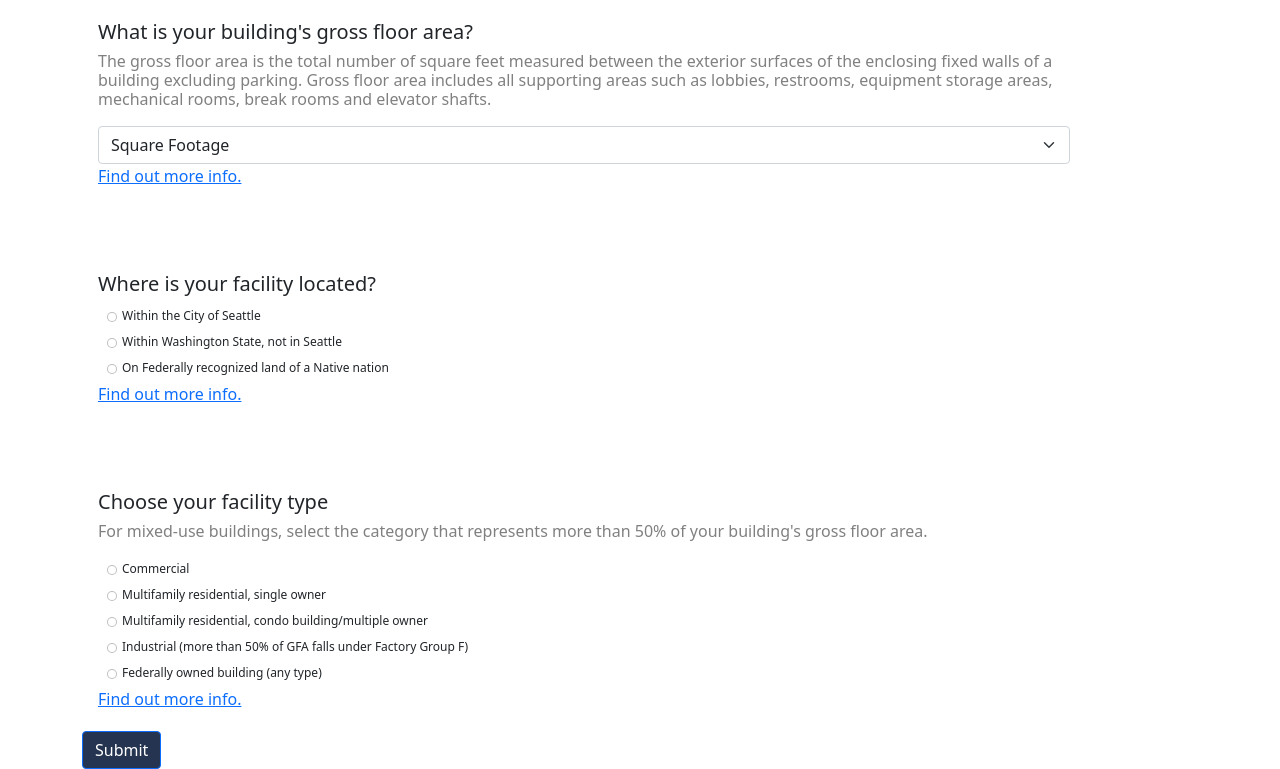
Repository: ChaidGPT/SershonSystemsQuiz
Page: index.html
These files come from the project's save history. The page is drawn as it stood at one moment and after the next save; the edit follows.
The browser window is 1280 px wide. The pictures show the whole page.

Above is the page before, as saved 2023-07-08 15:41:36.

### index.html
<!DOCTYPE html>
<html>

<head>
	<meta charset="utf-8">
	<title>Quiz</title>
	<link rel="stylesheet" href="https://cdn.jsdelivr.net/npm/bootstrap@5.0.2/dist/css/bootstrap.min.css">
	<style>
	.card {
		width: 90%;
        border: none;
	}

	.card-column {
		display: flex;
		flex-direction: column;
		align-items: center;
		max-width: auto;
	}

    .btn {
        color: white;
        background-color: #253551;
    }

	.card-body p {
		font-size: 8;
		color: gray;
		line-height: 1.2;
	}

	.form-check-input[type="radio"] {
        font-size: 10px;
		margin-right: 5px;
    }

    .form-check-label {
        font-size: 12px;
    }

	.form-check {
  display: flex;
  align-items: center;
}
	</style>
</head>

<body>
	<div class="container">
		<!-- Question 1 Card -->
		<div class="card mb-1 mt-1">
			<div class="card-body">
				<h5 class="card-title">What is your building's gross floor area?</h5>
				<p class="card-text">The gross floor area is the total number of square feet measured between the exterior surfaces of the enclosing fixed walls of a building excluding parking. Gross floor area includes all supporting areas such as lobbies, restrooms, equipment storage areas, mechanical rooms, break rooms and elevator shafts.</p>
				<div class="form-group">
					<select id="buildingSize" type="number" class="form-select">
						<option value="">Square Footage</option>
						<option value="under20k">less than 20k square feet</option>
						<option value="20kTo30k">20k - 30k square feet</option>
						<option value="30kTo50k">30k - 50k square feet</option>
						<option value="50kTo70k">50k - 70k square feet</option>
						<option value="70kTo90k">70k - 90k square feet</option>
						<option value="90kTo100k">90k - 100k square feet</option>
						<option value="100kTo200k">100k - 200k square feet</option>
						<option value="200kTo220k">200k - 220k square feet</option>
						<option value="over220k">over 220k square feet</option>
					</select>
				</div>
				<a href="" target="_blank">Find out more info.</a>
			</div>
		</div>
		<!-- Question 1 Card End -->
		<br>
		<br>
		<!-- Question 2 Card -->
		<div class="card mb-1">
			<div class="card-body">
				<h5 class="card-title">Where is your facility located?</h5>
				<div class="form-check">
					<input type="radio" id="seattle" name="buildingLocation" value="seattle" class="form-check-input">
					<label for="seattle" class="form-check-label">Within the City of Seattle</label>
				</div>
				<div class="form-check">
					<input type="radio" id="washington" name="buildingLocation" value="washington" class="form-check-input">
					<label for="washington" class="form-check-label">Within Washington State, not in Seattle</label>
				</div>
				<div class="form-check">
					<input type="radio" id="native" name="buildingLocation" value="native" class="form-check-input">
					<label for="native" class="form-check-label">On Federally recognized land of a Native nation</label>
				</div>
				<a href="" target="_blank">Find out more info.</a>
			</div>
		</div>
		<!-- Question 2 Card End -->
		<br>
		<br>
		<!-- Question 3 Card -->
		<div class="card mb-1">
			<div class="card-body">
				<h5 class="card-title">Choose your facility type</h5>
				<p class="card-text">For mixed-use buildings, select the category that represents more than 50% of your building's gross floor area.</p>
				<div class="form-group">
					<div class="form-check">
						<input type="radio" id="commercial" name="facilityType" value="commercial" class="form-check-input">
						<label for="commercial" class="form-check-label">Commercial</label>
					</div>
					<div class="form-check">
						<input type="radio" id="MFsingle" name="facilityType" value="MFsingle" class="form-check-input">
						<label for="MFsingle" class="form-check-label">Multifamily residential, single owner</label>
					</div>
					<div class="form-check">
						<input type="radio" id="MFmultiple" name="facilityType" value="MFmultiple" class="form-check-input">
						<label for="MFmultiple" class="form-check-label">Multifamily residential, condo building/multiple owner</label>
					</div>
					<div class="form-check">
						<input type="radio" id="industrial" name="facilityType" value="industrial" class="form-check-input">
						<label for="industrial" class="form-check-label">Industrial (more than 50% of GFA falls under Factory Group F)</label>
					</div>
					<div class="form-check">
						<input type="radio" id="federal" name="facilityType" value="federal" class="form-check-input">
						<label for="federal" class="form-check-label">Federally owned building (any type)</label>
					</div>
				</div>
				<a href="" target="_blank">Find out more info.</a>
			</div>
		</div>
		<!-- Question 3 Card End -->

		<button id="submitBtn" type="submit" class="btn btn-primary">Submit</button>
	</div>


	<script src="https://cdn.jsdelivr.net/npm/bootstrap@5.0.2/dist/js/bootstrap.bundle.min.js"></script>
	<script>

var messageTable = {
      'under20k-seattle-commercial': '9',
      'under20k-seattle-MFsingle': '9',
      'under20k-seattle-MFmultiple': '9',
      'under20k-seattle-industrial': '9',
      'under20k-seattle-federal': '9',
      'under20k-washington-commercial': '9',
      'under20k-washington-MFsingle': '9',
      'under20k-washington-MFmultiple': '9',
      'under20k-washington-industrial': '9',
      'under20k-washington-federal': '9',
      'under20k-native-commercial': '9',
      'under20k-native-MFsingle': '9',
      'under20k-native-MFmultiple': '9',
      'under20k-native-industrial': '9',
      'under20k-native-federal': '9',

      '20kTo30k-seattle-commercial': '8',
      '20kTo30k-seattle-MFsingle': '14',
      '20kTo30k-seattle-MFmultiple': '19',
      '20kTo30k-seattle-industrial': '9',
      '20kTo30k-seattle-federal': '9',
      '20kTo30k-washington-commercial': '23',
      '20kTo30k-washington-MFsingle': '23',
      '20kTo30k-washington-MFmultiple': '9',
      '20kTo30k-washington-industrial': '9',
      '20kTo30k-washington-federal': '9',
      '20kTo30k-native-commercial': '9',
      '20kTo30k-native-MFsingle': '9',
      '20kTo30k-native-MFmultiple': '9',
      '20kTo30k-native-industrial': '9',
      '20kTo30k-native-federal': '9',

      '30kTo50k-seattle-commercial': '7',
      '30kTo50k-seattle-MFsingle': '13',
      '30kTo50k-seattle-MFmultiple': '18',
      '30kTo50k-seattle-industrial': '9',
      '30kTo50k-seattle-federal': '9',
      '30kTo50k-washington-commercial': '23',
      '30kTo50k-washington-MFsingle': '23',
      '30kTo50k-washington-MFmultiple': '9',
      '30kTo50k-washington-industrial': '9',
      '30kTo50k-washington-federal': '9',
      '30kTo50k-native-commercial': '9',
      '30kTo50k-native-MFsingle': '9',
      '30kTo50k-native-MFmultiple': '9',
      '30kTo50k-native-industrial': '9',
      '30kTo50k-native-federal': '9',

      '50kTo70k-seattle-commercial': '6',
      '50kTo70k-seattle-MFsingle': '12',
      '50kTo70k-seattle-MFmultiple': '17',
      '50kTo70k-seattle-industrial': '9',
      '50kTo70k-seattle-federal': '9',
      '50kTo70k-washington-commercial': '22',
      '50kTo70k-washington-MFsingle': '23',
      '50kTo70k-washington-MFmultiple': '9',
      '50kTo70k-washington-industrial': '9',
      '50kTo70k-washington-federal': '9',
      '50kTo70k-native-commercial': '9',
      '50kTo70k-native-MFsingle': '9',
      '50kTo70k-native-MFmultiple': '9',
      '50kTo70k-native-industrial': '9',
      '50kTo70k-native-federal': '9',

      '70kTo90k-seattle-commercial': '5',
      '70kTo90k-seattle-MFsingle': '12',
      '70kTo90k-seattle-MFmultiple': '17',
      '70kTo90k-seattle-industrial': '9',
      '70kTo90k-seattle-federal': '9',
      '70kTo90k-washington-commercial': '22',
      '70kTo90k-washington-MFsingle': '23',
      '70kTo90k-washington-MFmultiple': '9',
      '70kTo90k-washington-industrial': '9',
      '70kTo90k-washington-federal': '9',
      '70kTo90k-native-commercial': '9',
      '70kTo90k-native-MFsingle': '9',
      '70kTo90k-native-MFmultiple': '9',
      '70kTo90k-native-industrial': '9',
      '70kTo90k-native-federal': '9',

      '90kTo100k-seattle-commercial': '4',
      '90kTo100k-seattle-MFsingle': '11',
      '90kTo100k-seattle-MFmultiple': '16',
      '90kTo100k-seattle-industrial': '9',
      '90kTo100k-seattle-federal': '9',
      '90kTo100k-washington-commercial': '21',
      '90kTo100k-washington-MFsingle': '23',
      '90kTo100k-washington-MFmultiple': '9',
      '90kTo100k-washington-industrial': '9',
      '90kTo100k-washington-federal': '9',
      '90kTo100k-native-commercial': '9',
      '90kTo100k-native-MFsingle': '9',
      '90kTo100k-native-MFmultiple': '9',
      '90kTo100k-native-industrial': '9',
      '90kTo100k-native-federal': '9',

      '100kTo200k-seattle-commercial': '3',
      '100kTo200k-seattle-MFsingle': '11',
      '100kTo200k-seattle-MFmultiple': '16',
      '100kTo200k-seattle-industrial': '9',
      '100kTo200k-seattle-federal': '9',
      '100kTo200k-washington-commercial': '21',
      '100kTo200k-washington-MFsingle': '23',
      '100kTo200k-washington-MFmultiple': '9',
      '100kTo200k-washington-industrial': '9',
      '100kTo200k-washington-federal': '9',
      '100kTo200k-native-commercial': '9',
      '100kTo200k-native-MFsingle': '9',
      '100kTo200k-native-MFmultiple': '9',
      '100kTo200k-native-industrial': '9',
      '100kTo200k-native-federal': '9',

      '200kTo220k-seattle-commercial': '2',
      '200kTo220k-seattle-MFsingle': '11',
      '200kTo220k-seattle-MFmultiple': '16',
      '200kTo220k-seattle-industrial': '9',
      '200kTo220k-seattle-federal': '9',
      '200kTo220k-washington-commercial': '21',
      '200kTo220k-washington-MFsingle': '23',
      '200kTo220k-washington-MFmultiple': '9',
      '200kTo220k-washington-industrial': '9',
      '200kTo220k-washington-federal': '9',
      '200kTo220k-native-commercial': '9',
      '200kTo220k-native-MFsingle': '9',
      '200kTo220k-native-MFmultiple': '9',
      '200kTo220k-native-industrial': '9',
      '200kTo220k-native-federal': '9',

      'over220k-seattle-commercial': '1',
      'over220k-seattle-MFsingle': '10',
      'over220k-seattle-MFmultiple': '5',
      'over220k-seattle-industrial': '9',
      'over220k-seattle-federal': '9',
      'over220k-washington-commercial': '20',
      'over220k-washington-MFsingle': '23',
      'over220k-washington-MFmultiple': '9',
      'over220k-washington-industrial': '9',
      'over220k-washington-federal': '9',
      'over220k-native-commercial': '9',
      'over220k-native-MFsingle': '9',
      'over220k-native-MFmultiple': '9',
      'over220k-native-industrial': '9',
      'over220k-native-federal': '9'
    };

		document.querySelector("#submitBtn").addEventListener("click", function(event) {
  		event.preventDefault(); // Prevents the default form submission behavior

  		var DD = document.querySelector('#buildingSize').value;
		var R1 = document.querySelector('input[name="buildingLocation"]:checked').value;
		var R2 = document.querySelector('input[name="facilityType"]:checked').value;

		var combination = DD + '-' + R1 + '-' + R2;

    // Retrieve the message from the message table using the combination key
    	var message = messageTable[combination] || 'Default message';

    // Show the alert with the corresponding message
    	alert(message);
});



	</script>

</body>

</html>

After the next save:
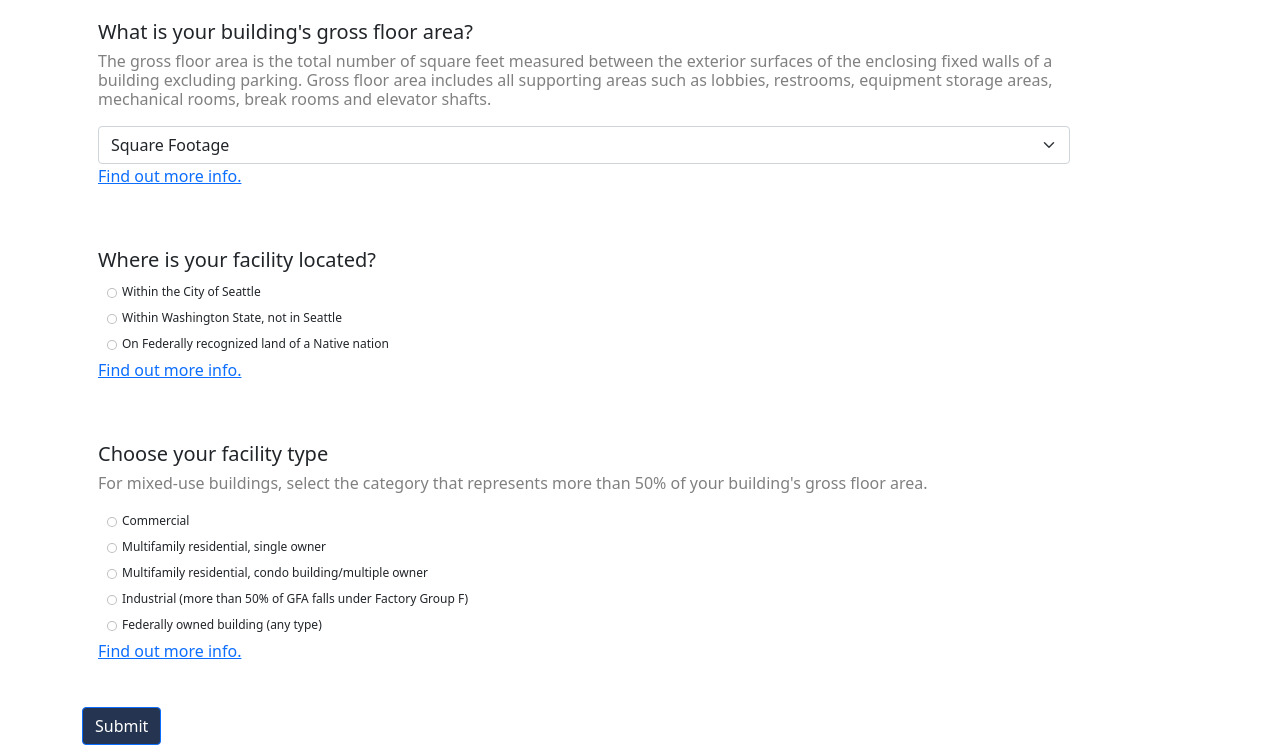
Saved 2 min 33 s later.
--- a/index.html
+++ b/index.html
@@ -71,7 +71,6 @@
 		</div>
 		<!-- Question 1 Card End -->
 		<br>
-		<br>
 		<!-- Question 2 Card -->
 		<div class="card mb-1">
 			<div class="card-body">
@@ -93,7 +92,6 @@
 		</div>
 		<!-- Question 2 Card End -->
 		<br>
-		<br>
 		<!-- Question 3 Card -->
 		<div class="card mb-1">
 			<div class="card-body">
@@ -125,7 +123,7 @@
 			</div>
 		</div>
 		<!-- Question 3 Card End -->
-
+		<br>
 		<button id="submitBtn" type="submit" class="btn btn-primary">Submit</button>
 	</div>
 
